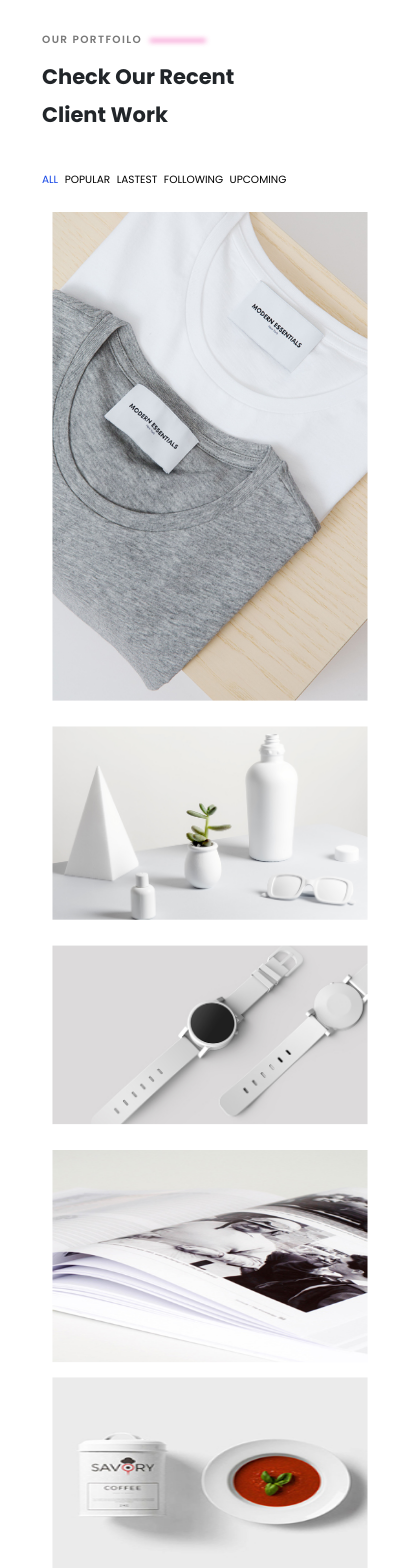
Repository: whoami2991/Sardorbek-Portfolio---Home
Page: index.html
The author's editor kept a copy of each file at every save. The page is drawn from the files as they stood at one save, then again after the next save.
The browser window is 600 px wide. The pictures show the part of the page from y = 3857 to 6097 px (the page is 9391 px tall before and 9400 px after), at 70% of full size.

Above is the page before, as saved 2024-08-04 18:17:04.

After the next save:
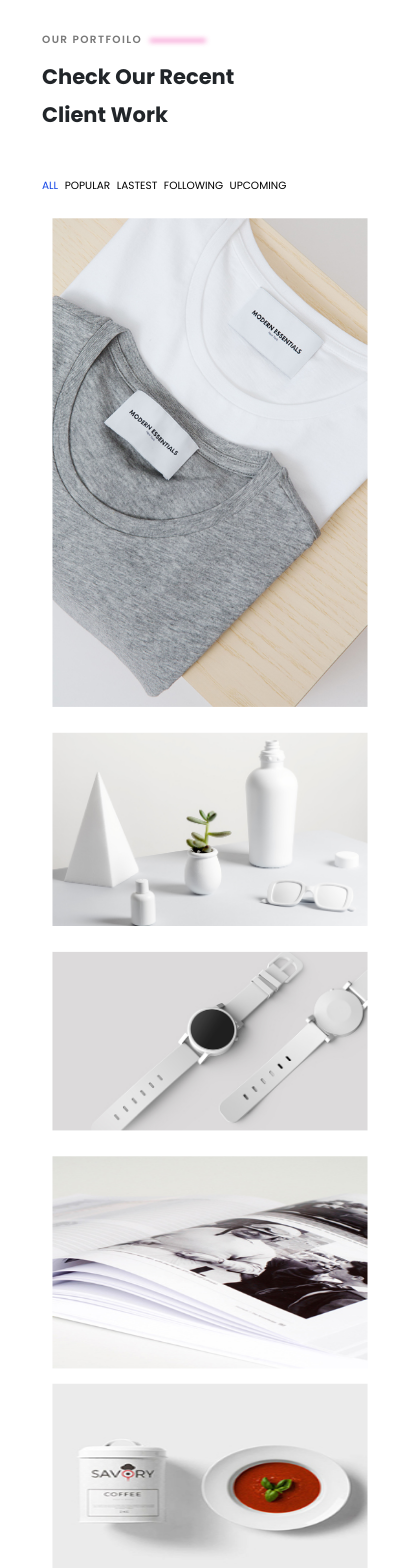
Saved 12 s later.
--- a/styles.css
+++ b/styles.css
@@ -516,6 +516,6 @@
         margin-right: 5px;
     }
     .portfolio-filters li{
-
-    }
-}
+        margin-top: 10px;
+    }
+}
